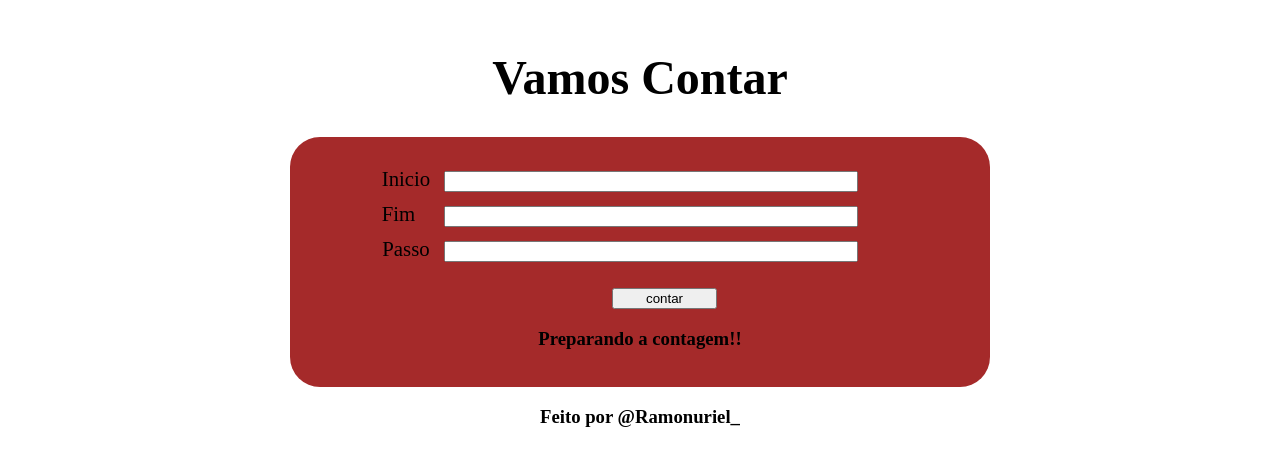
Repository: Ramonuriel/JS-Projetos
Page: Contador automatico/exercicio.html
An editor plug-in stored every save of this project. The page is shown before and after the next save, followed by the edit.
The browser window is 1280 px wide. The pictures show the whole page.

Above is the page before, as saved 2022-12-27 21:15:23.

### Contador automatico/exercicio.html
<!DOCTYPE html>
<html lang="en">

<head>
  <meta charset="UTF-8">
  <meta http-equiv="X-UA-Compatible" content="IE=edge">
  <meta name="viewport" content="width=device-width, initial-scale=1.0">
  <link rel="stylesheet" href="style.css">
  <title>Exercicio</title>
</head>

<body>
  <h1 class="title">Vamos Contar</h1>
  <section class="projeto">
    <ul>
      <li>
        <label for="number">Inicio</label>
        <input type="number" name="" id="inicio">
      </li>
      <li>
        <label for="number">Fim</label>
        <input type="number" name="" id="Fim">
      </li>
      <li> <label for="number">Passo</label>
        <input type="number" name="" id="Passo">
      </li>
    </ul>
    <input class="btn" type="button" value="contar" onclick="contar()">

    <div>
      <h3 class="resultado">Preparando a contagem!!</h3>
    </div>
  </section>

  <footer>
    <h3>Feito por @Ramonuriel_</h3>
  </footer>



  <script src="exercicio.js"></script>
</body>

</html>

### Contador automatico/style.css
body {
  margin: 0;
  padding: 0;
  width: 100%;
  align-items: center;
  text-align: center;
}
.title {
  font-size: 3rem;
  margin-top: 50px;
}

.projeto {
  display: inline-flex;
  flex-direction: column;
  width: 700px;
  max-height: 100%;
  height: 250px;
  background-color: brown;
  align-items: left;
  justify-content: start;
  border-radius: 30px;
}

h2 {
  font-size: 2rem;
}

ul {
  margin-right: 80px;
  margin-top: 30px;
}
li {
  list-style-type: none;
  margin-bottom: 10px;
}

label {
  font-size: 1.3rem;
  margin-right: 10px;
}

input {
  width: 70%;
}
#Fim {
  margin-left: 15px;
}

.btn {
  margin-left: 322px;
  width: 15%;
  height: 10;
  cursor: pointer;
}

### Contador automatico/exercicio.js
function contar() {
  let inicio = document.querySelector('#inicio')
  let fim = document.querySelector('#Fim')
  let passo = document.querySelector('#Passo')
  let res = document.querySelector('.resultado')

  if (
    inicio.value.length == 0 ||
    fim.value.length == 0 ||
    passo.value.length == 0
  ) {
    window.alert('[ERRO] Preencha todos os campos.')
  } else {
    res.innerHTML = 'Contando: '
    let i = Number(inicio.value)
    let f = Number(fim.value)
    let p = Number(passo.value)
    if (i < f)
      for (let c = i; c <= f; c += p) {
        res.innerHTML += ` ${c} \u{1f449}, `
      }
    else {
      for (let c = i; c >= f; c -= p) {
        res.innerHTML += ` ${c} \u{1f449}`
      }
    }
  }
}

After the next save:
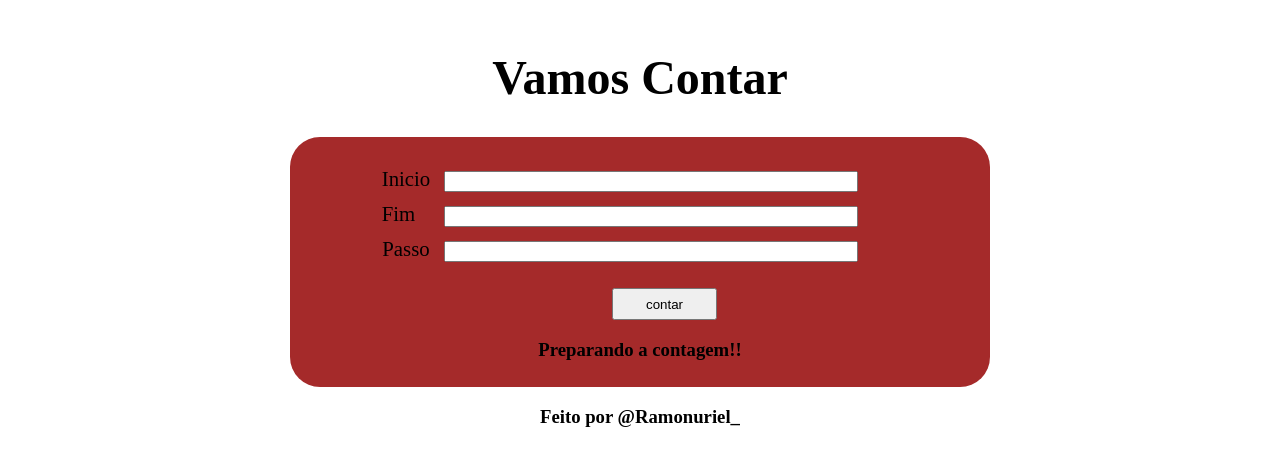
Saved 4 s later.
--- a/Contador automatico/style.css
+++ b/Contador automatico/style.css
@@ -50,6 +50,6 @@ input {
 .btn {
   margin-left: 322px;
   width: 15%;
-  height: 10;
+  height: 2rem;
   cursor: pointer;
 }
